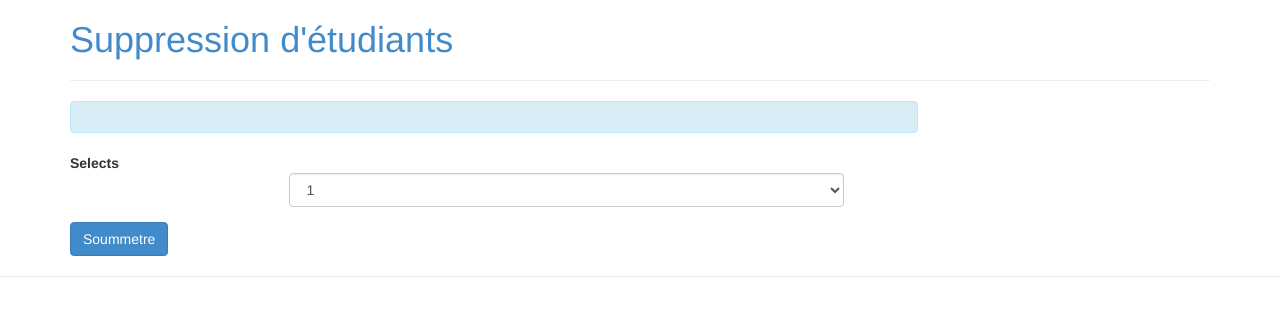
Repository: tt5300447/parakeet
Page: http://localhost/
These files come from the project's save history. The page is drawn as it stood at one moment and after the next save; the edit follows.
The browser window is 1280 px wide. The pictures show the whole page.
The page is run by PHP 8.4 with error messages shown; the project is at /var/www/html/.

Above is the page before, as saved 2022-06-22 12:41:46.
Console error (its wording comes from the project's code and is left out).

### Copier/htdocs/Supprimer/index.php
<!DOCTYPE html>
<html lang="en">

<head>
    <meta charset="UTF-8">
    <meta http-equiv="X-UA-Compatible" content="IE=edge">
    <meta name="viewport" content="width=device-width, initial-scale=1.0">
    <title>Update </title>
    <link rel="stylesheet" href="style.css">
    <link rel="stylesheet" href="bootstrap.min.css">
    <link rel="shortcut icon" type="image/x-icon" href="update.png">
    <link rel="apple-touch-icon" sizes="76x76" href="update.png">
    <link rel="alternate" type="application/rss+xml" href="rss">
</head>

<body>
    <div class="container bootstrap snippets bootdey">
        <h1 class="text-primary">Suppression d'étudiants</h1>
        <hr>
        <div class="row">
            <!-- left column -->
            <!-- edit form column -->
            <div class="col-md-9 personal-info">
                <div class="alert alert-info alert-dismissable">
                    <?php
?>
                    <a class="panel-close close" data-dismiss="alert"></a>
                </div>
                <form class="form-horizontal" method="post" role="form">
                    <div class="form-group">
                        <label class="col-lg-3">Selects</label>
                        <br>
                        <div class="col-lg-8">
                            <select class="form-control">
                                <option>1</option>
                                <option>2</option>
                                <option>3</option>
                                <option>4</option>
                                <option>5</option>
                            </select>
                        </div>
                    </div>
                    <button type="submit" class="btn btn-primary">Soummetre</button>
                </form>
            </div>
        </div>
    </div>
    <hr>
    <script type="text/javascript" src="popper.min.js"></script>
    <script src="bootstrap.min.js"></script>
    <script type="text/javascript" src="script.js"></script>
</body>

</html>

### Copier/htdocs/Supprimer/style.css
body {
    margin-top: 20px;
}

.avatar {
    width: 200px;
    height: 200px;
}

### Copier/htdocs/Supprimer/script.js
//signup form validation
$(function() {
    $("#errorname").hide();
    $("#errorusername").hide();
    $("#erroremail").hide();
    $("#errorpass").hide();
    $("#errorconpass").hide();

    var error_name = false;
    var error_username = false;
    var error_email = false;
    var error_pass = false;
    var error_conpass = false;

    $("#form_name").focusout(function() {
        checkName();
    });
    $("#form_username").focusout(function() {
        checkUserName();
    });
    $("#form_email").focusout(function() {
        checkEmail();
    });
    $("#form_pwd").focusout(function() {
        checkPass();
    });
    $("#form_conpwd").focusout(function() {
        checkConPass();
    });

    // check name
    function checkName() {
        var name = $("#form_name").val();
        var pattern = new RegExp(/^[a-zA-Z ]{5,30}$/);
        if (!pattern.test(name)) {
            $("#errorname").html("Should be between 5-30 contains only space");
            $("#errorname").show(300);
            error_name = true;
        } else {
            $("#errorname").hide(400);
        }
    }
    // check username
    function checkUserName() {
        var username = $("#form_username").val();
        var pattern = new RegExp(/^[a-zA-Z0-9._]{6,20}$/);
        if (!pattern.test(username)) {
            $("#errorusername").html(
                "Should be between 6-20 contains only alphabets numbers . _"
            );
            $("#errorusername").show(300);
            error_username = true;
        } else {
            $("#errorusername").hide(400);
        }
    }

    //check email
    function checkEmail() {
        var pattern = new RegExp(
            /^[+a-zA-Z0-9._-]+@[a-zA-Z0-9.-]+\.[a-zA-Z]{2,4}$/i
        );
        if (pattern.test($("#form_email").val())) {
            $("#erroremail").hide(400);
        } else {
            $("#erroremail").html("Invalid email address");
            $("#erroremail").show(300);
            error_email = true;
        }
    }

    // check password
    function checkPass() {
        var password = $("#form_pwd").val();
        var pattern = new RegExp(
            /^(?=.*?[A-Z])(?=.*?[a-z])(?=.*?[0-9])(?=.*?[#?!@$%^&*-]).{8,}$/
        );

        if (!pattern.test(password)) {
            $("#errorpass").html(
                "Should be at least a uppercase,lowercase,number,special characters and minimum length 8"
            );
            $("#errorpass").show(300);
            error_pass = true;
        } else {
            $("#errorpass").hide(400);
        }
    }

    // check confirm password
    function checkConPass() {
        var password = $("#form_pwd").val();
        var con_pass = $("#form_conpwd").val();
        if (password != con_pass) {
            $("#errorconpass").html("Password not match");
            $("#errorconpass").show(300);
            error_conpass = true;
        } else {
            $("#errorconpass").hide(400);
        }
    }

    //form submit
    $("#reg_form").submit(function() {
        error_name = false;
        error_username = false;
        error_email = false;
        error_pass = false;
        error_conpass = false;
        checkName();
        checkUserName();
        checkEmail();
        checkPass();
        checkConPass();

        if (
            error_name == false &&
            error_username == false &&
            error_email == false &&
            error_pass == false &&
            error_conpass == false
        ) {
            return true;
        } else {
            return false;
        }
    });
});

Loaded but not shown: Copier/htdocs/Supprimer/bootstrap.min.css (library); Copier/htdocs/Supprimer/popper.min.js (library); Copier/htdocs/Supprimer/bootstrap.min.js (library)

After the next save:
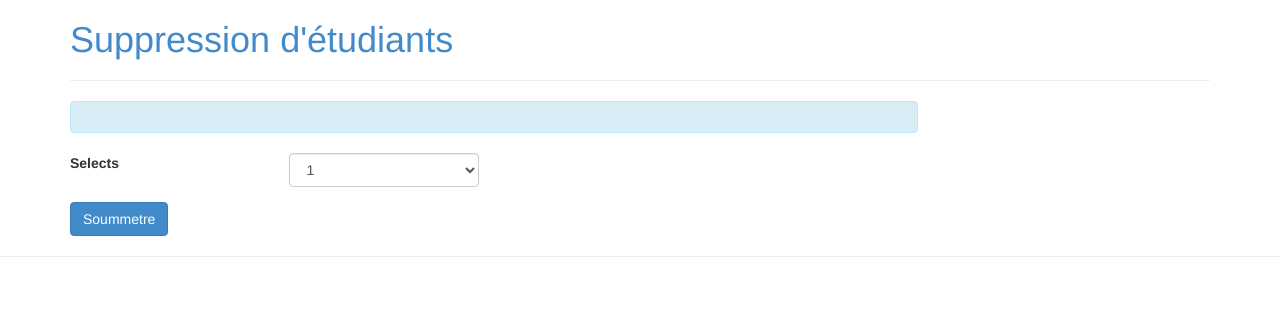
Saved 12 s later.
--- a/Copier/htdocs/Supprimer/index.php
+++ b/Copier/htdocs/Supprimer/index.php
@@ -29,8 +29,7 @@
                 <form class="form-horizontal" method="post" role="form">
                     <div class="form-group">
                         <label class="col-lg-3">Selects</label>
-                        <br>
-                        <div class="col-lg-8">
+                        <div class="col-lg-3">
                             <select class="form-control">
                                 <option>1</option>
                                 <option>2</option>
